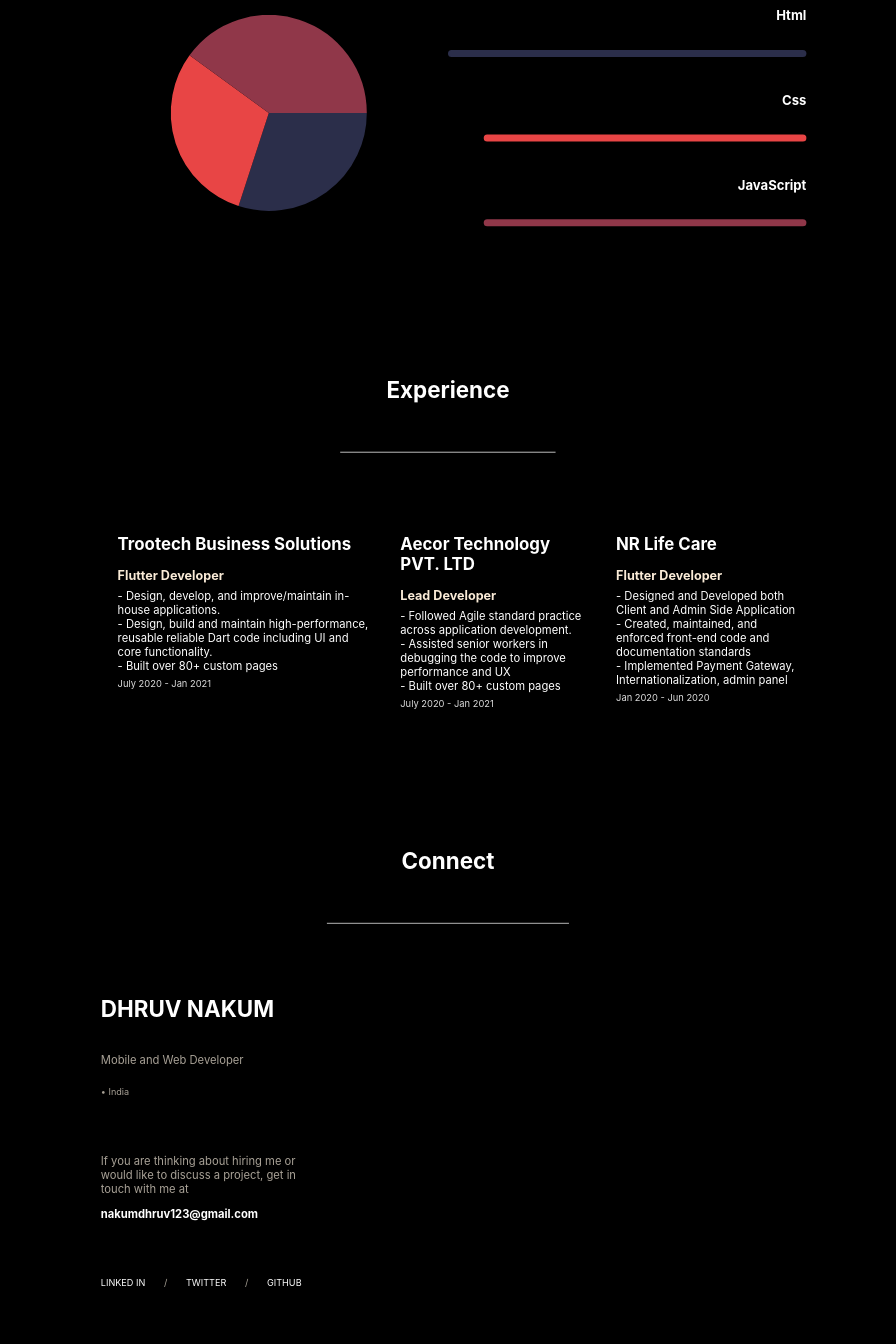
Repository: red-star25/next-portfolio
Page: /
These files come from the project's save history. The page is drawn as it stood at one moment and after the next save; the edit follows.
The browser window is 1280 px wide. The pictures show the part of the page from y = 3786 to 5706 px (the page is 5706 px tall), at 70% of full size.
The project was rebuilt for these pictures with package versions that can differ from the ones it lists, and the page was loaded fresh each time. The framework's server and built-in components were replaced by stand-ins that run in the browser.

Above is the page before, as saved 2023-11-06 11:32:04.

After the next save:
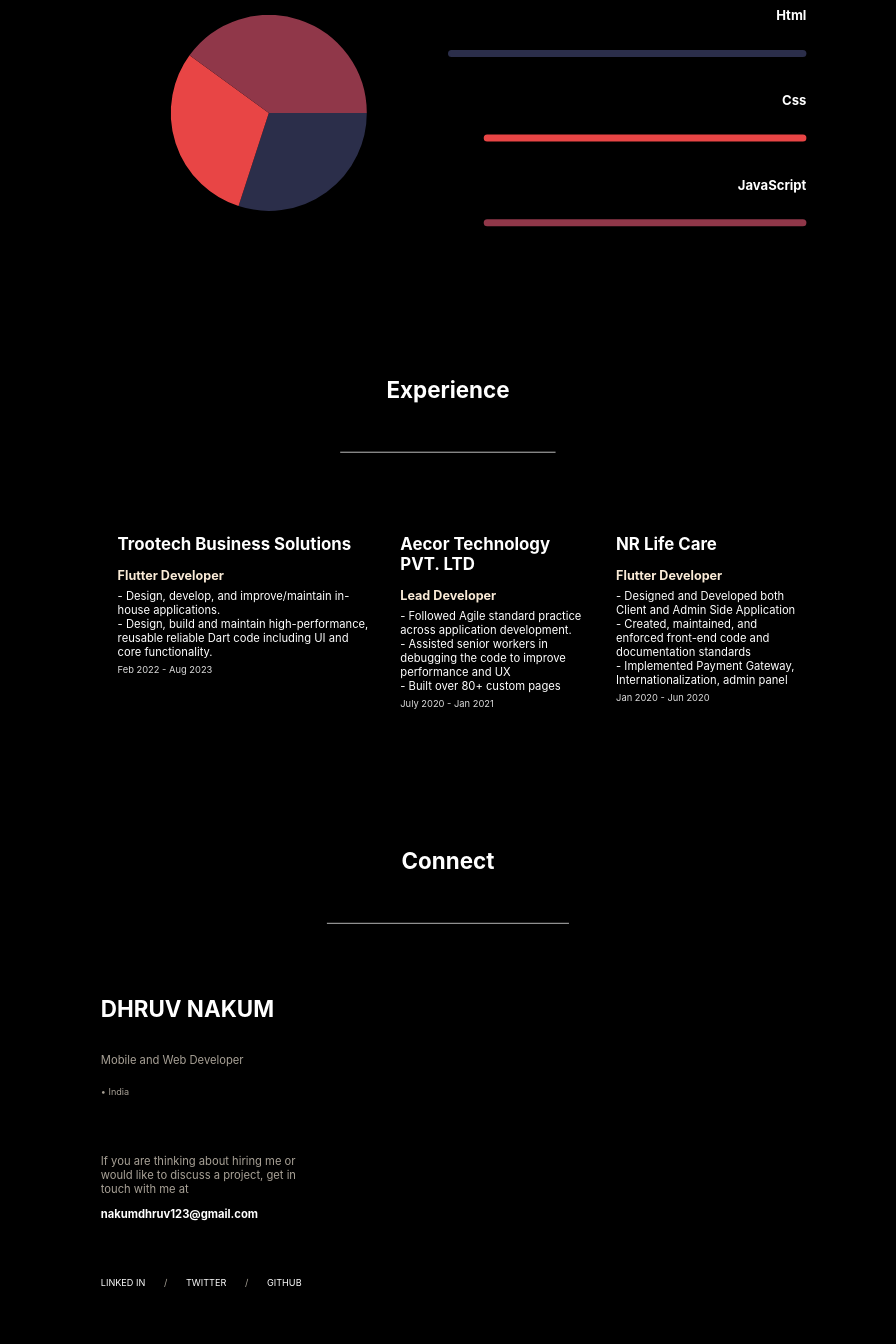
Saved 19 s later.
--- a/component/Experience/Experience.js
+++ b/component/Experience/Experience.js
@@ -21,8 +21,7 @@
           - Design, build and maintain high-performance, reusable reliable Dart
 code including UI and core functionality.
           </li>
-          <li>- Built over 80+ custom pages</li>
-          <li className={styles.company__duration}>July 2020 - Jan 2021</li>
+          <li className={styles.company__duration}>Feb 2022 - Aug 2023</li>
         </ul>
         <ul data-aos="zoom-in" className={styles.company__info}>
           <h2 className={styles.company__name}>Aecor Technology PVT. LTD</h2>
